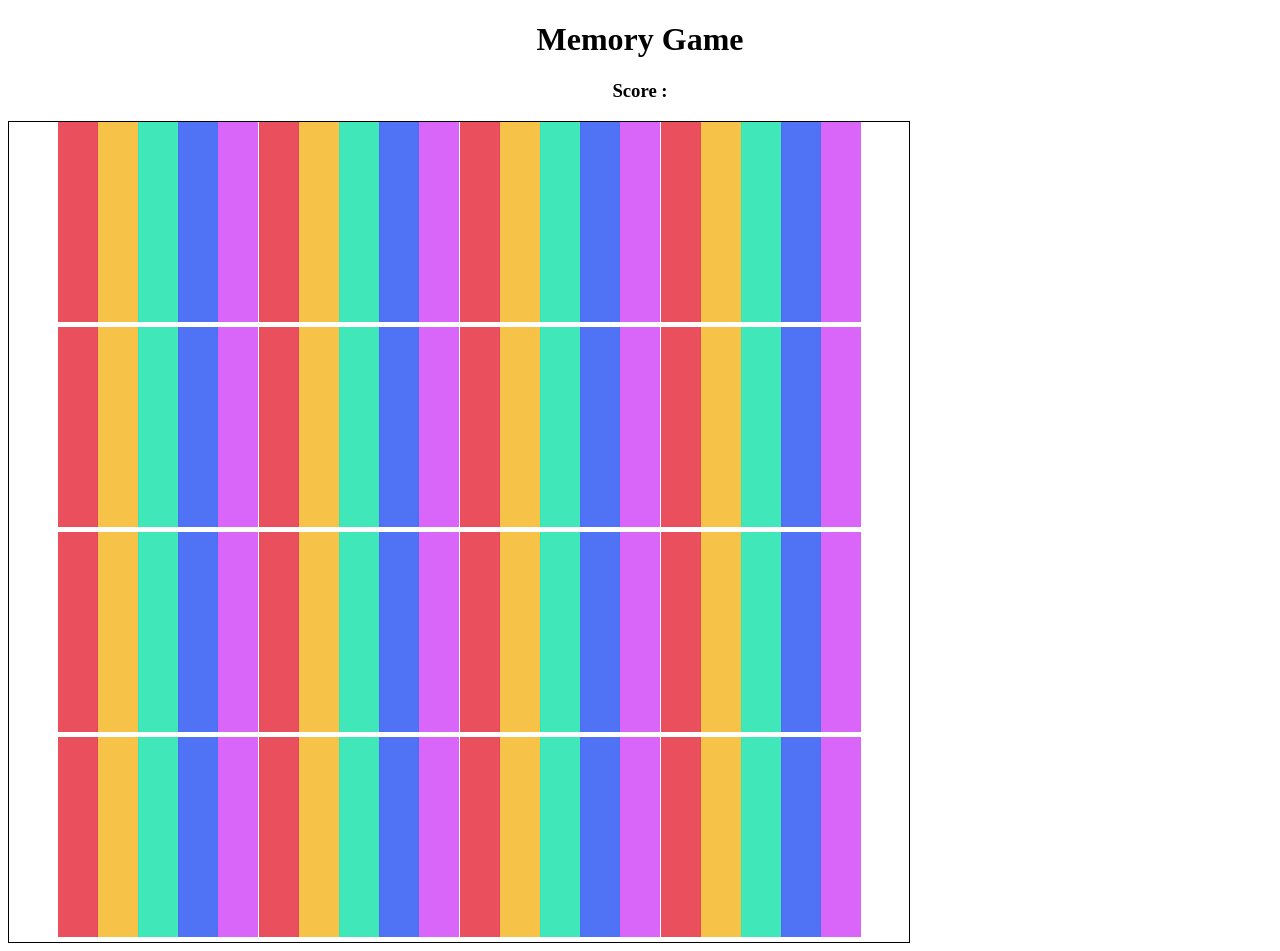
Repository: divyaravada/javascript-games
Page: memory-game/memorygame.html
An editor plug-in stored every save of this project. The page is shown before and after the next save, followed by the edit.
The browser window is 1280 px wide. The pictures show the whole page.

Above is the page before, as saved 2022-03-15 16:46:18.

### memory-game/memorygame.html
<!DOCTYPE html>
<html lang="en">
  <head>
    <meta charset="UTF-8" />
    <title>Memory Game</title>
    <link rel="stylesheet" href="./memorystyle.css" />
  </head>
  <body>
    <div>
      <h1>Memory Game</h1>
    </div>

    <div>
      <h3>Score : <span id="result"></span></h3>
    </div>

    <div id="grid"></div>

    <script src="./memory.js"></script>
  </body>
</html>

### memory-game/memorystyle.css
* {
  text-align: center;
  align-items: center;
  justify-content: center;
}
#grid {
  align-items: center;
  justify-content: center;
  width: 900px;
  border: 1px solid black;
}
#grid img {
  width: 200px;
  height: 200px;
  padding: 0.5px;
}

### memory-game/memory.js
const cardArray = [
  {
    name: "redcar",
    img: "images/redcar.png",
  },
  {
    name: "whitecar",
    img: "images/whitecar.png",
  },
  {
    name: "yellowcar",
    img: "images/yellowcar.jpg",
  },
  {
    name: "purplecar",
    img: "images/purplecar.png",
  },
  {
    name: "greencar",
    img: "images/greencar.png",
  },
  {
    name: "browncar",
    img: "images/browncar.png",
  },
  {
    name: "bluecar",
    img: "images/bluecar.jpg",
  },
  {
    name: "blackcar",
    img: "images/blackcar.png",
  },
  {
    name: "redcar",
    img: "images/redcar.png",
  },
  {
    name: "whitecar",
    img: "images/whitecar.png",
  },
  {
    name: "yellowcar",
    img: "images/yellowcar.jpg",
  },
  {
    name: "purplecar",
    img: "images/purplecar.png",
  },
  {
    name: "greencar",
    img: "images/greencar.png",
  },
  {
    name: "browncar",
    img: "images/browncar.png",
  },
  {
    name: "bluecar",
    img: "images/bluecar.jpg",
  },
  {
    name: "blackcar",
    img: "images/blackcar.png",
  },
];

cardArray.sort(() => 0.5 - Math.random());

const gridDisplay = document.querySelector("#grid");
const resultDisplay = document.querySelector("#result");
let cardsChoosen = [];
let cardsChoosenIds = [];
const cardsWon = [];

function createBoard() {
  for (let i = 0; i < cardArray.length; i++) {
    const card = document.createElement("img");
    card.setAttribute("src", "images/rainbow.png");
    card.setAttribute("data-id", i);
    card.addEventListener("click", flipCard);
    gridDisplay.appendChild(card);
  }
}
createBoard();

function checkMatch() {
  const cards = document.querySelectorAll("img");
  const optionOneId = cardsChoosenIds[0];
  const optionTwoId = cardsChoosenIds[1];
  if (optionOneId == optionTwoId) {
    cards[optionOneId].setAttribute("src", "images/rainbow.png");
    cards[optionTwoId].setAttribute("src", "images/rainbow.png");
    alert("You have clicked the same image!");
  }

  if (cardsChoosen[0] == cardsChoosen[1]) {
    alert("You found a match");
    cards[optionOneId].setAttribute("src", "images/white.png");
    cards[optionTwoId].setAttribute("src", "images/white.png");
    cards[optionOneId].removeEventListener("click", flipCard);
    cards[optionTwoId].removeEventListener("click", flipCard);
    cardsWon.push(cardsChoosen);
  } else {
    cards[optionOneId].setAttribute("src", "images/rainbow.png");
    cards[optionTwoId].setAttribute("src", "images/rainbow.png");
    alert("Sorry Try again!");
  }
  resultDisplay.textContent = cardsWon.length;
  cardsChoosen = [];
  cardsChoosenIds = [];

  if (cardsWon.length == cardArray.length / 2) {
    resultDisplay.textContent = "Congratulations you found them all";
  }
}

function flipCard() {
  const cardId = this.getAttribute("data-id");
  cardsChoosen.push(cardArray[cardId].name);
  cardsChoosenIds.push(cardId);
  this.setAttribute("src", cardArray[cardId].img);
  if (cardsChoosen.length === 2) {
    setTimeout(checkMatch, 500);
  }
}

After the next save:
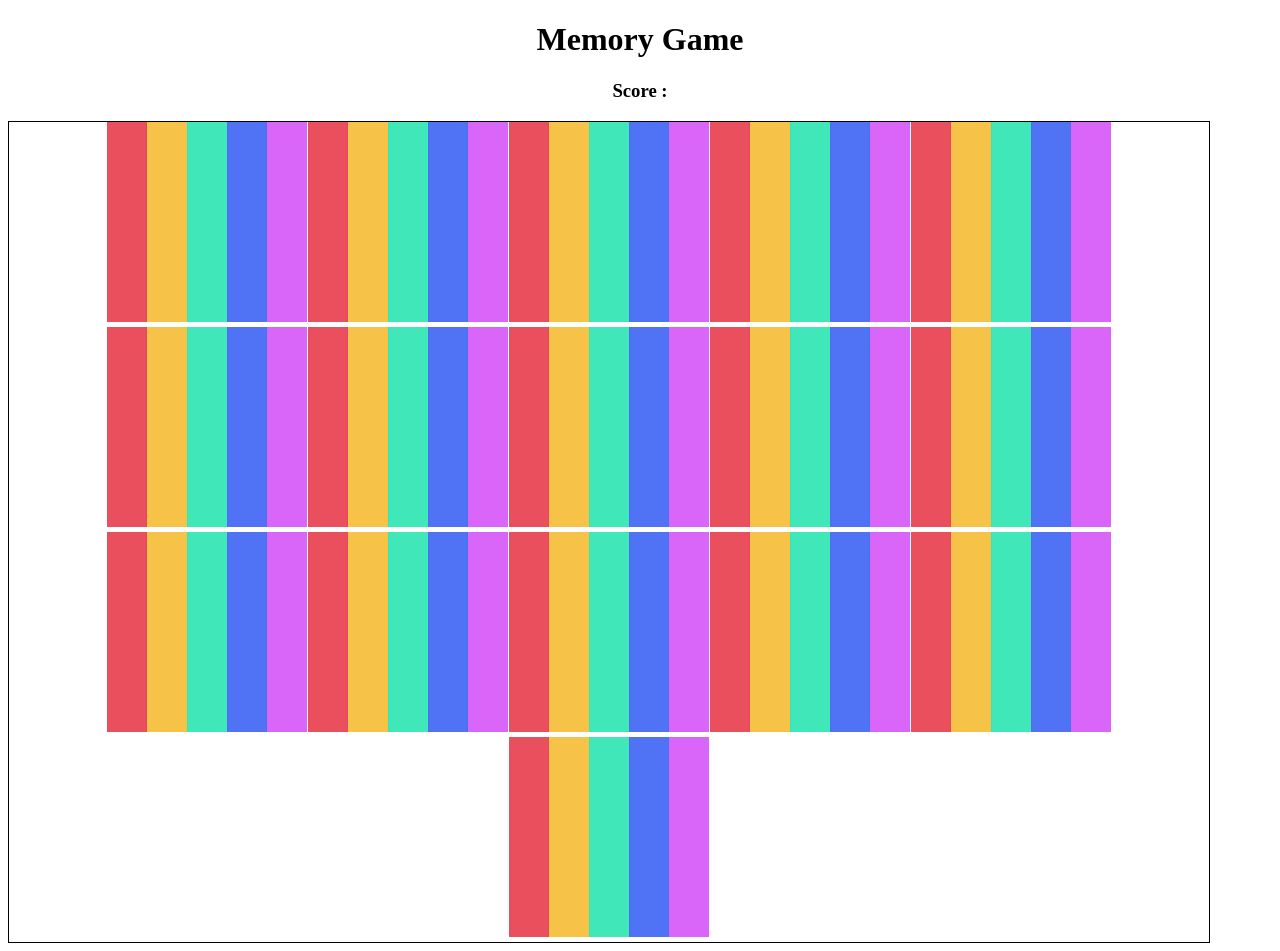
Saved 39 s later.
--- a/memory-game/memorystyle.css
+++ b/memory-game/memorystyle.css
@@ -6,7 +6,7 @@
 #grid {
   align-items: center;
   justify-content: center;
-  width: 900px;
+  width: 1200px;
   border: 1px solid black;
 }
 #grid img {
